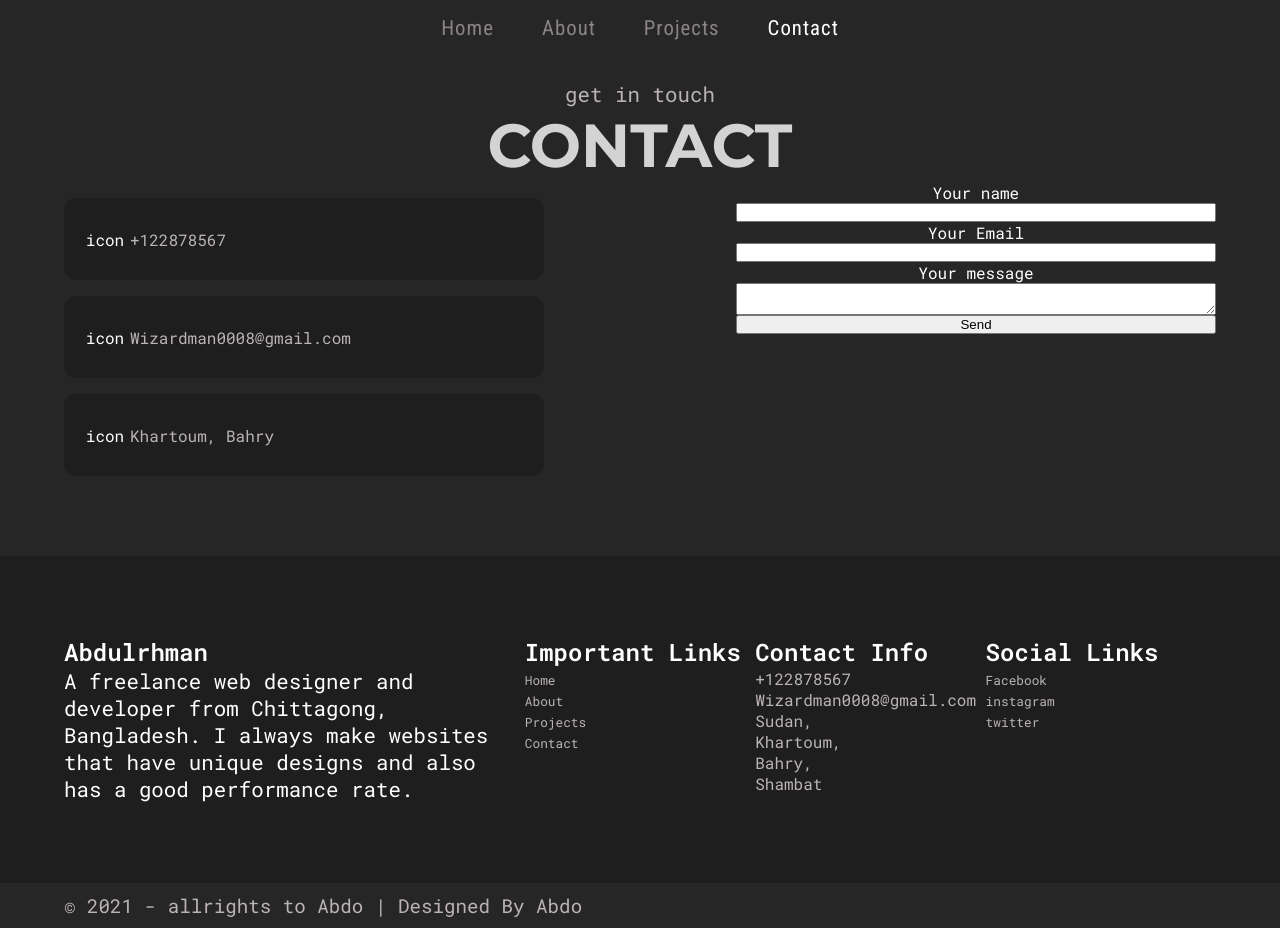
Repository: Abdoulrhman-altyeb/React-Typescript
Page: /contact
These files come from the project's save history. The page is drawn as it stood at one moment and after the next save; the edit follows.
The browser window is 1280 px wide. The pictures show the whole page.
The project was rebuilt for these pictures with package versions that can differ from the ones it lists, and the page was loaded fresh each time. Also part of the build but not shown: src/components/Button.tsx, src/components/ContactButton.tsx, src/components/HeroSection.tsx, src/components/AboutSection.tsx, src/assits/data/Services.ts, src/components/ServiceItems.tsx, src/components/ServicesSection.tsx, src/components/ProjectsSection.tsx and 3 more.

Above is the page before, as saved 2021-05-20 17:47:45.

### public/index.html
<!DOCTYPE html>
<html lang="en">

<head>
  <meta charset="utf-8" />
  <meta name="viewport" content="width=device-width, initial-scale=1" />
  <meta name="theme-color" content="#000000" />
  <meta name="description" content="IT Guys Community" />
  <link rel="preconnect" href="https://fonts.gstatic.com">
  <link href="https://fonts.googleapis.com/css2?family=Roboto:wght@300;400;500;700&display=swap" rel="stylesheet">
  <link rel="preconnect" href="https://fonts.gstatic.com">
<link href="https://fonts.googleapis.com/css2?family=Montserrat:wght@200;300;400;500;700&display=swap" rel="stylesheet">
<link rel="preconnect" href="https://fonts.gstatic.com">
<link href="https://fonts.googleapis.com/css2?family=Roboto+Mono:wght@200;300;400;500;600&display=swap" rel="stylesheet">
<link rel="preconnect" href="https://fonts.gstatic.com">
<link href="https://fonts.googleapis.com/css2?family=Roboto+Condensed:wght@400;700&display=swap" rel="stylesheet">
  <title>App Lab</title>
</head>

<body>
  <noscript>You need to enable JavaScript to run this app.</noscript>
  <div id="root"></div>
</body>

</html>

### src/index.tsx
import ReactDOM from "react-dom";
import App from "./App";
import './assits/styles/style.css'

ReactDOM.render(<App/>,document.getElementById("root"));

### src/App.tsx
import React from "react";
import NavBar from './components/NavBar';
import { BrowserRouter as Router, Route, Switch } from 'react-router-dom'
import Home from "./Pages/Home";
import Contact from "./Pages/Contact";
import About from "./Pages/About";
import Projects from "./Pages/Projects";


const App: React.FC = () => {



  return (
    <>
      <Router>
        <NavBar />
        <Switch>
          <Route  path='/' exact>
            <Home />
          </Route>
          <Route path="/contact">
            <Contact />
          </Route>
          <Route path='/about'>
            <About />
          </Route>
          <Route path='/projects'>
              <Projects/>
          </Route>
        </Switch>
      </Router>
    </>
  )
}

export default App;

### src/assits/styles/style.css
* {
    padding:0;
    margin:0;
    box-sizing:border-box;
    scroll-behavior: auto;
}

body {
    background:#262626;
    color:white;
    font-family: 'Roboto Mono', monospace;
}
::-webkit-scrollbar-track {
    background: #1E1E1E;
}
::-webkit-scrollbar {
    width: 8px;
}
::-webkit-scrollbar-thumb {
    background: #888;
    border-radius: 20px;
}




img,svg{
    width: 100%;
    height:100%;
    object-fit: cover;
}
.container {
    width:90%;
    max-width:1200px;
    margin: 0 auto;
}

.hero__img {
    height:600px;
}
ul {
    list-style: none;
}
p, h1, span,h3,a {
    color:#BCB4B4
}
a {
    text-decoration: none;
    font-size:0.8rem;
}

### src/components/NavBar.tsx
import React,{useState} from 'react';
import styled from 'styled-components';
import { NavLink } from 'react-router-dom';
import { BiMenu, BiX } from 'react-icons/bi';


const NavBar: React.FC = () => {

    const [isActive, setIsActive] = useState<boolean>(false);

    return (
        <NavBarContainer>
            <div className="hamburgerMenu"
                onClick={() => setIsActive(!isActive)}
                role='button'
                tabIndex={0}
                onKeyDown={() => setIsActive(!isActive)}
            >
                <BiMenu/>
            </div>
            <ul className={isActive ? 'ListItems' : 'ListItems hide-items'}>
                <div className='closeMenu'
                    onClick={() => setIsActive(!isActive)}
                    role='button'
                    tabIndex={0}
                    onKeyDown={() => setIsActive(!isActive)}
                >
                    <BiX/>
                </div>
                <li>
                    <NavLink to='/' exact>
                     Home
                    </NavLink>
                </li>
                <li>
                    <NavLink to="/about">
                        About
                    </NavLink>
                </li>
                <li>
                    <NavLink to='projects'>
                        Projects
                    </NavLink>
                </li>
                <li>
                    <NavLink to='contact'>
                        Contact
                    </NavLink>
                </li>
            </ul>
        </NavBarContainer>
    )
}

const NavBarContainer = styled.nav`
    position: fixed;
    z-index:100;
    top:0;
    left:0;
    background-color:#262626;
    font-family: 'Roboto Condensed', sans-serif;
    width:100%;
    ul {
        width:90%;
        max-width:1200px;
        justify-content:center;
        text-align:center;
        margin:0 auto;
        border-radius:12px;
    }
    li {
        display:inline-block;
        cursor:pointer;
    }
    a {
        display:inline-block;
        padding:1rem 1.5rem;
        font-size:1.3rem;
        color:#8c8484;
        letter-spacing: 1px;
        transition:0.3s ease color;
        /* &:hover {
            color:#726f6f;
        } */
    }
    .active {
        color:white;
    }

    .hamburgerMenu {
        font-size:2rem;
        position:absolute;
        top:1rem;
        right:1rem;
        color:white;
        display:none;
        * {
            pointer-events:none;
        }
    }
    .closeMenu{
        display:none;
    }
    @media only screen and (max-width:768px) {
        .hide-items{
            transform: translateY(calc(-100% - 1rem))
        }
        .hamburgerMenu{
            display:block;
        }
        .ListItems {
            width:80%;
            max-width:230px;
            position:absolute;
            top:1rem;
            right:1rem;
            background:#1E1E1E;
            padding:1rem;
            transition: 0.3s ease transform;

            .closeMenu {
                color:white;
                font-size:1.5rem;
                width:1rem;
                margin: 0 0 0 auto;
                cursor: pointer;
                display:block;
                *{
                    pointer-events:none;
                }
            }
        }
        li {
            display:block;
            margin-bottom:1rem;
        }
        a {
            /* padding:1rem; */
            padding:0.2rem;
            outline:none;
        }
    }
`;



export default NavBar;

### src/Pages/Contact.tsx
import React from 'react';
import ContactSection from '../components/ContactSecion';
import FooterSection from '../components/FooterSection';

const Contact: React.FC = () => {
    return (
        <>
            <ContactSection/>
            <FooterSection/>
        </>
    )
}

export default Contact;

### src/components/FooterSection.tsx
import React from 'react';
import styled from 'styled-components';
import PaText from './PaText';
import { Link } from 'react-router-dom';

const FooterSection: React.FC = () => {
    return (
        <>
            <StyledDiv>
                <div className="container">
                    <div className="info">
                        <h2>Abdulrhman</h2>
                        <PaText>
                            A freelance web designer and developer from Chittagong,
                            Bangladesh. I always make websites that have unique designs
                            and also has a good performance rate.
                        </PaText>
                    </div>
                    <div className="pages">
                        <h2>Important Links</h2>
                        <ul>
                            <li>
                                <Link to="/">Home</Link>
                            </li>
                            <li>
                                <Link to="/">About</Link>
                            </li>
                            <li>
                                <Link to="/">Projects</Link>
                            </li>
                            <li>
                                <Link to="/">Contact</Link>
                            </li>
                        </ul>
                    </div>
                    <div className="contact_info">
                        <h2>Contact Info</h2>
                        <ul>
                            <li><p>+122878567</p></li>
                            <li><p>Wizardman0008@gmail.com</p></li>
                            <li><p>Sudan,<br></br>Khartoum,<br></br>Bahry,<br></br>Shambat</p></li>
                        </ul>
                    </div>
                    <div className="social_Links">
                        <h2>Social Links</h2>
                        <ul>
                            <li><a href="https://facebook.com" rel='noreferrer'>Facebook</a></li>
                        </ul>
                        <ul>
                            <li><a href="https://instagram.com" rel='noreferrer'>instagram</a></li>
                        </ul>
                        <ul>
                            <li><a href="https://twitter.com" rel='noreferrer'>twitter</a></li>
                        </ul>
                    </div>
                </div>
            </StyledDiv>
            <StyledCopyright>
                <div className="container">
                    <p>© 2021 - allrights to Abdo  | Designed By Abdo</p>
                </div>
            </StyledCopyright>
        </>

    )
}

const StyledDiv = styled.div`
    background:#1E1E1E;
    padding:5rem 0 ;
    .container{
        display:flex;
    }
    .info{
        flex:2;
    }
    .contact_info,
    .pages,
    .social_Links{
        flex:1;
    }
    @media only screen and (max-width:768px) {
        .container{
            flex-direction:column;
        }
    }
`;
const StyledCopyright = styled.div`
    background:#262626;
    padding:10px 0;
    p{
        font-size:1.2rem;
    }

    @media only screen and (max-width:768px) {
        p{
            font-size:0.9rem;
            width:100%;
        }
    }
`;

export default FooterSection

### src/components/ContactSecion.tsx
import React from 'react';
import styled from 'styled-components';
import SectionsTitle from './SectionsTitle';

const ContactSection: React.FC = () => {
    return (
        <StyledDiv>
            <div className="container">
                <SectionsTitle title='contact' semiTitle='get in touch' />
                <div className="contact-me">
                    <div className="contact-info">
                        <div className="phone">
                            <div className="icon">
                                icon
                            </div>
                            <span> +122878567</span>
                        </div>
                        <div className="mail">
                            <div className="icon">
                                icon
                            </div>
                            <span>Wizardman0008@gmail.com</span>
                        </div>
                        <div className="location">
                            <div className="icon">
                                icon
                            </div>
                            <span>Khartoum, Bahry</span>
                        </div>
                    </div>
                    <div className="linebetween"></div>
                    <form className='form-contact'>
                        <label htmlFor="name">Your name</label>
                        <input className='name' type="text" id='name' />
                        <label htmlFor="email">Your Email</label>
                        <input type="email" id="email" />
                        <label htmlFor="message">Your message</label>
                        <textarea id="message"></textarea>
                        <button type='submit'>Send</button>
                    </form>
                </div>
            </div>
        </StyledDiv>
    )
}
const StyledDiv = styled.div`
    padding:5rem 0;
    text-align: center;
    .container{
        display: flex;
        flex-direction:column;
    }
    .title{
        p{
            font-size:1.3rem;
        }
        h2{
            font-size:3.8rem;
            margin-top:0;
        }
    }
    .contact-me{
        display: flex;
        gap:6rem;
    }
    .contact-info{
        flex:1;
    }
    .phone,
    .mail,
    .location{
        width:100%;
        background:#1E1E1E;
        margin-top:1rem;
        padding:1rem;
        border-radius:12px;
        display: flex;
        align-items: center;
    }
    .icon{
        width:50px;
        height:50px;
        border-radius: 50%;
        display: flex;
        justify-content: center;
        align-items:center;
    }


    .form-contact{
        flex:1;
        display: flex;
        flex-direction:column;
    }
`;

export default ContactSection;

### src/components/PaText.tsx
import styled from 'styled-components'

const PaText: React.FC = ({children}) => {

    return (
        <TextContainer className='par'>
            {children}
        </TextContainer>
    )
}

const TextContainer = styled.div`
    max-width:500px;
    margin:0 auto;
    line-height:1.3em;
    font-family: 'Roboto Mono', monospace;
    font-size:1.3rem;
    @media only screen and (max-width:768px) {
        font-size:1.1rem;
    }
`;

export default PaText

### src/components/SectionsTitle.tsx
import React from 'react';
import styled from 'styled-components';

const SectionsTitle:React.FC<SectionTitle> = ({title,semiTitle}) => {
    return (
        <StyledSectionTitle className='title'>
            <p>{semiTitle}</p>
            <h2>{title}</h2>
        </StyledSectionTitle>
    )
}

const StyledSectionTitle = styled.div`
    P{
        font-size:1.5rem;
    }
    h2{
        font-size:3.8rem;
        font-family: 'Montserrat', sans-serif;
        text-transform:uppercase;
        margin-top:0.7rem;
        color:lightgray;
    }
    @media only screen and (max-width:768px){
        p{
            font-size:1rem;
        }
        h2{
            font-size:2rem;

        }
    }
`;

export default SectionsTitle;

After the next save:
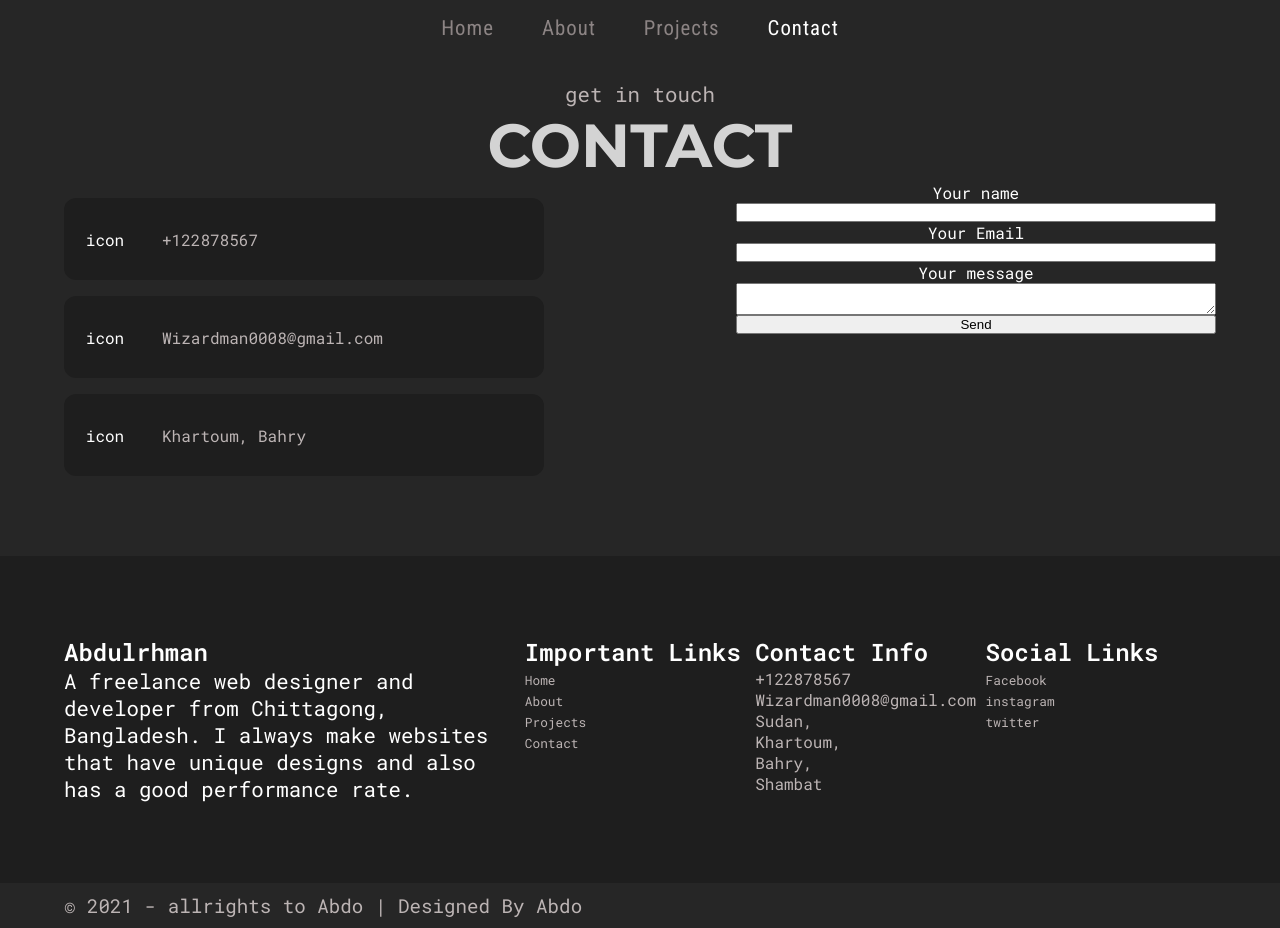
Saved 8 s later.
--- a/src/components/ContactSecion.tsx
+++ b/src/components/ContactSecion.tsx
@@ -84,6 +84,7 @@ const StyledDiv = styled.div`
         display: flex;
         justify-content: center;
         align-items:center;
+        margin-right:2rem;
     }
 
 
